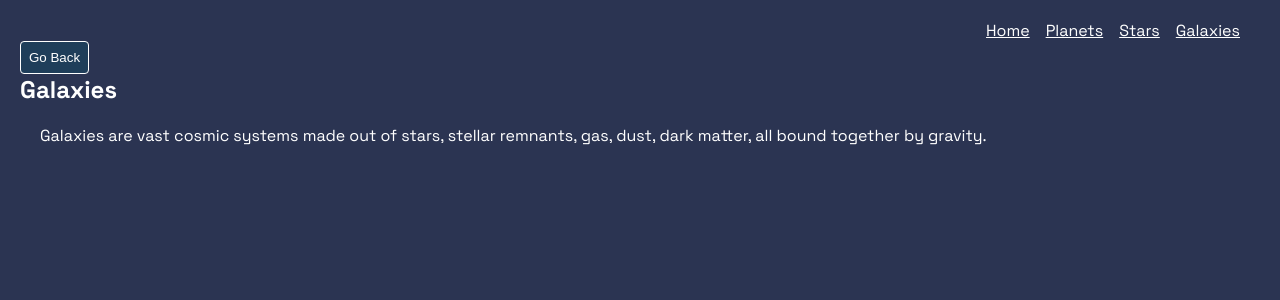
Repository: rmdayberry/Cosmic-Encyclopedia
Page: /galaxies
An editor plug-in stored every save of this project. The page is shown before and after the next save, followed by the edit.
The browser window is 1280 px wide. The pictures show the whole page.
The project was rebuilt for these pictures with package versions that can differ from the ones it lists, and the page was loaded fresh each time. Also part of the build but not shown: vite.config.js, src/pages/Homepage.js.

Above is the page before, as saved 2024-08-31 10:34:43.

After the next save:
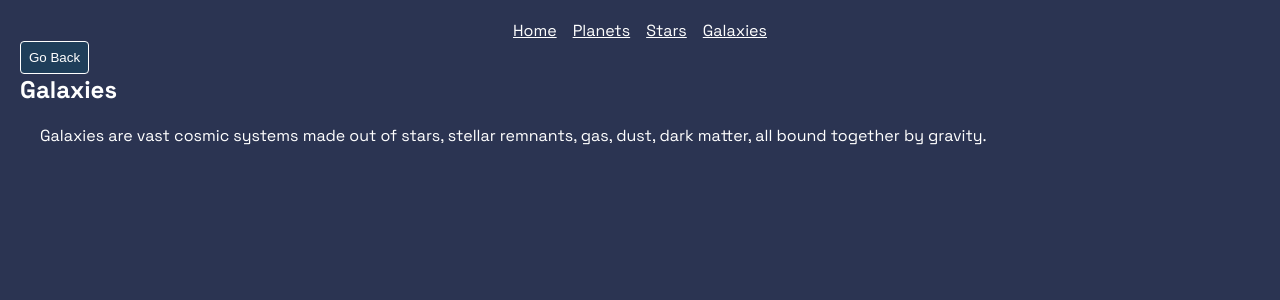
Saved 5 h 18 min later.
--- a/src/index.css
+++ b/src/index.css
@@ -32,7 +32,7 @@ button {
 nav {
   display: flex;
   gap: 16px;
-  justify-content: end;
+  justify-content: center;
   max-width: 1200px;
   margin: auto;
 }
